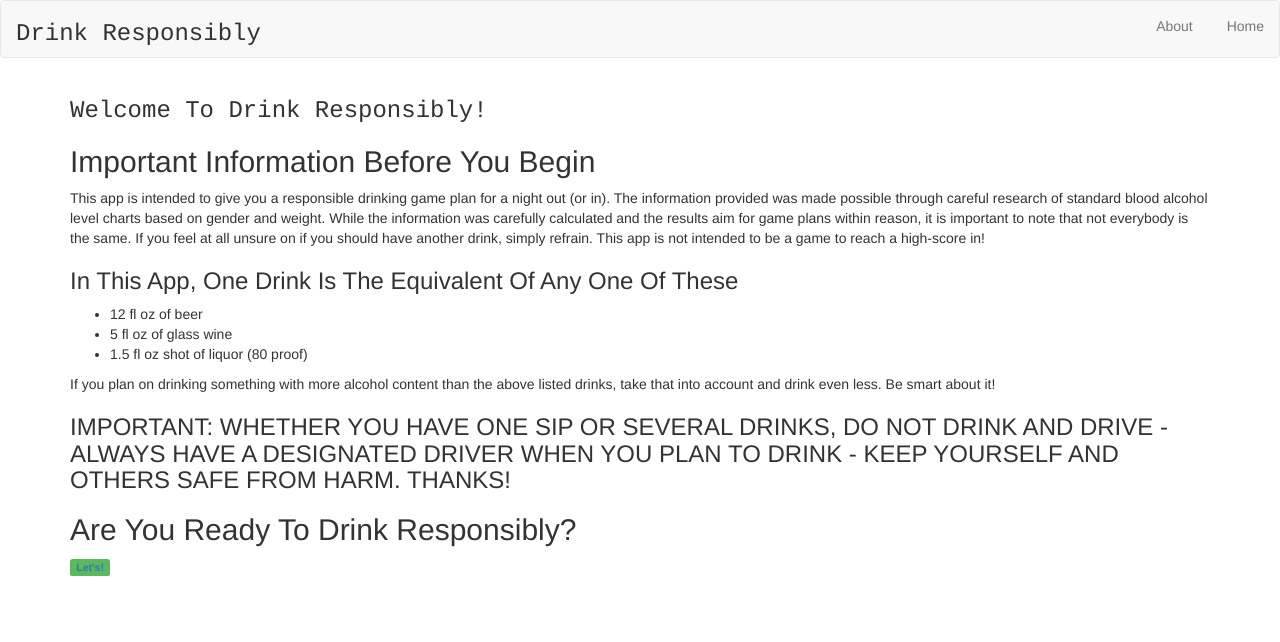
Repository: NatNat180/DrinkResponsibly
Page: http://localhost/DrinkResponsibly/
The author's editor kept a copy of each file at every save. The page is drawn from the files as they stood at one save, then again after the next save.
The browser window is 1280 px wide. The pictures show the whole page.
Some web fonts or font styles are not loaded; a fallback is used. The page is served by Tomcat 9. Other server files are loaded and not shown.

Above is the page before, as saved 2016-04-07 14:58:40.

### DrinkResponsibly/WebContent/WEB-INF/about.jsp
<%@ page language="java" contentType="text/html; charset=UTF-8"
    pageEncoding="ISO-8859-1"%>
<%@ taglib prefix="c" uri="http://java.sun.com/jsp/jstl/core" %>
<!DOCTYPE html>
<html lang="eng">
<head>
<meta http-equiv="Content-Type" content="text/html; charset=UTF-8">
<link rel="stylesheet" type="text/css" href="bootstrap/css/bootstrap.css"/>
<link rel="stylesheet" type="text/css" href="css/style.css"/>
<title>What Is Drink Responsibly?</title>
</head>
<body>
<c:import url="/WEB-INF/navigation.html"/>
<section class="container">
<h1>Welcome To Drink Responsibly!</h1>
<h2>Important Information Before You Begin</h2>
	<p>This app is intended to give you a responsible drinking game plan for a night out
	(or in). The information provided was made possible through careful research of
	standard blood alcohol level charts based on gender and weight. While the
	information was carefully calculated and the results aim for game plans
	within reason, it is important to note that not everybody is the same.
	If you feel at all unsure on if you should have another drink, simply refrain.
	This app is not intended to be a game to reach a high-score in!</p>
	<h3>In This App, One Drink Is The Equivalent Of Any One Of These</h3>
		<ul>
			<li>12 fl oz of beer</li>
			<li>5 fl oz of glass wine</li>
			<li>1.5 fl oz shot of liquor (80 proof)</li>
		</ul>
	<p>If you plan on drinking something with more alcohol content than the above
	listed drinks, take that into account and drink even less. Be smart about it!</p>
	<h3>IMPORTANT: WHETHER YOU HAVE ONE SIP OR SEVERAL DRINKS, DO NOT DRINK AND DRIVE - ALWAYS HAVE A DESIGNATED DRIVER WHEN YOU PLAN TO DRINK -
	KEEP YOURSELF AND OTHERS SAFE FROM HARM. THANKS!</h3>
<h2>Are You Ready To Drink Responsibly?</h2>
	<h3 class="label label-success"><a href="form">Let's!</a></h3>
</section>
</body>
</html>

### DrinkResponsibly/WebContent/WEB-INF/navigation.html
<nav class="navbar navbar-default" role="navigation">
	<div class="container-fluid">
		<div class="navbar-header">
		  <h1  class="nav-title">Drink Responsibly</h1>
		</div>
		<ul class="nav navbar-nav navbar-right">
			<li id="right"><a href="">&nbsp;About</a>
			<li id="right"><a href="form">&nbsp;Home</a>
		</ul>
	</div>
	</nav>
	<!--<nav class="nav-tabs" role="navigation">
	<h1  class="nav-title">Drink Responsibly</h1>
		<ul class="nav navbar-nav navbar-right">
			<li id="right"><a href="">&nbsp;About</a>
			<li id="right"><a href="form">&nbsp;Home</a>
		</ul>
	</nav>-->

### DrinkResponsibly/src/com/application/Home.java
package com.application;

import java.io.IOException;
import javax.servlet.ServletException;
import javax.servlet.annotation.WebServlet;
import javax.servlet.http.HttpServlet;
import javax.servlet.http.HttpServletRequest;
import javax.servlet.http.HttpServletResponse;

@WebServlet("")
public class Home extends HttpServlet {
	private static final long serialVersionUID = 1L;

    public Home() {
        super();

    }

	protected void doPost(HttpServletRequest request, HttpServletResponse response) throws ServletException, IOException {

		doGet(request, response);
	}

	protected void doGet(HttpServletRequest request, HttpServletResponse response) throws ServletException, IOException {

			request.getServletContext().getRequestDispatcher("/WEB-INF/about.jsp").forward(request, response);

	}

}

### DrinkResponsibly/WebContent/css/style.css
h1 {

	font-family: courier;
	font-size: 24px;
}

Loaded but not shown: DrinkResponsibly/WebContent/bootstrap/css/bootstrap.css (library)

After the next save:
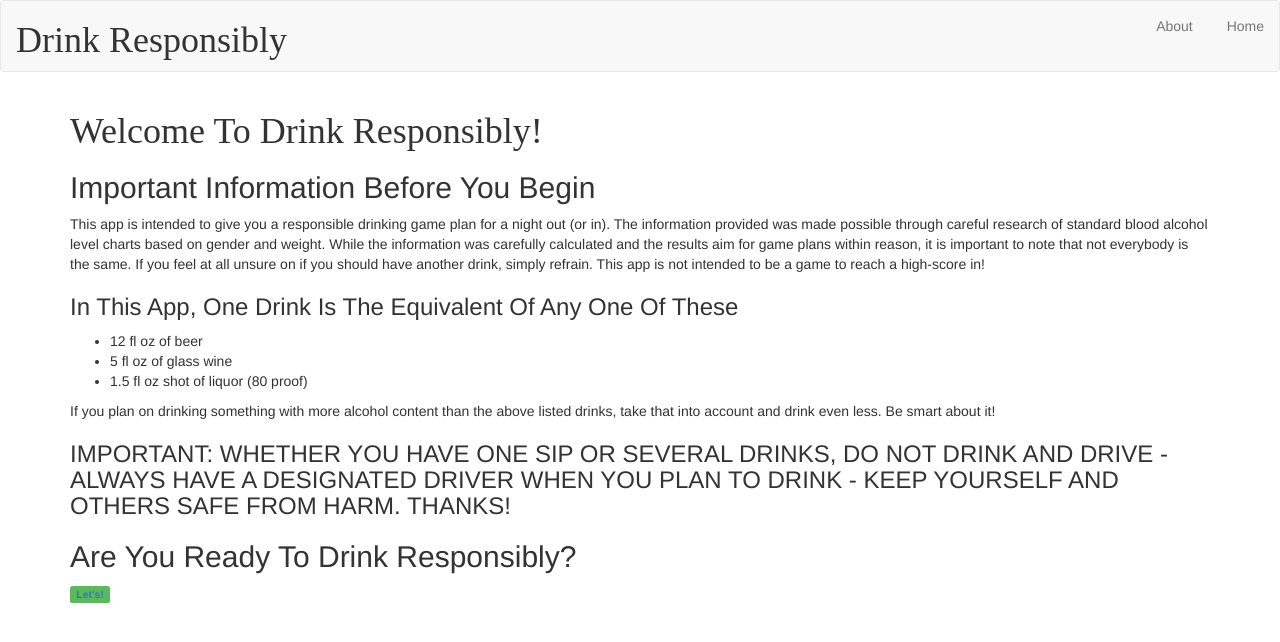
Saved 9 min 52 s later.
--- a/DrinkResponsibly/WebContent/css/style.css
+++ b/DrinkResponsibly/WebContent/css/style.css
@@ -1,5 +1,11 @@
-h1 {
+@import url(https://fonts.googleapis.com/css?family=Fjalla+One|Poiret+One|Bitter|Arvo|Amatic+SC:400,700);
 
-	font-family: courier;
-	font-size: 24px;
-}
+/*
+font-family: 'Fjalla One', sans-serif;
+font-family: 'Poiret One', cursive;
+font-family: 'Bitter', serif;
+font-family: 'Arvo', serif;
+font-family: 'Amatic SC', cursive;
+*/
+
+h1 {font-family: 'Poiret One', cursive;}
